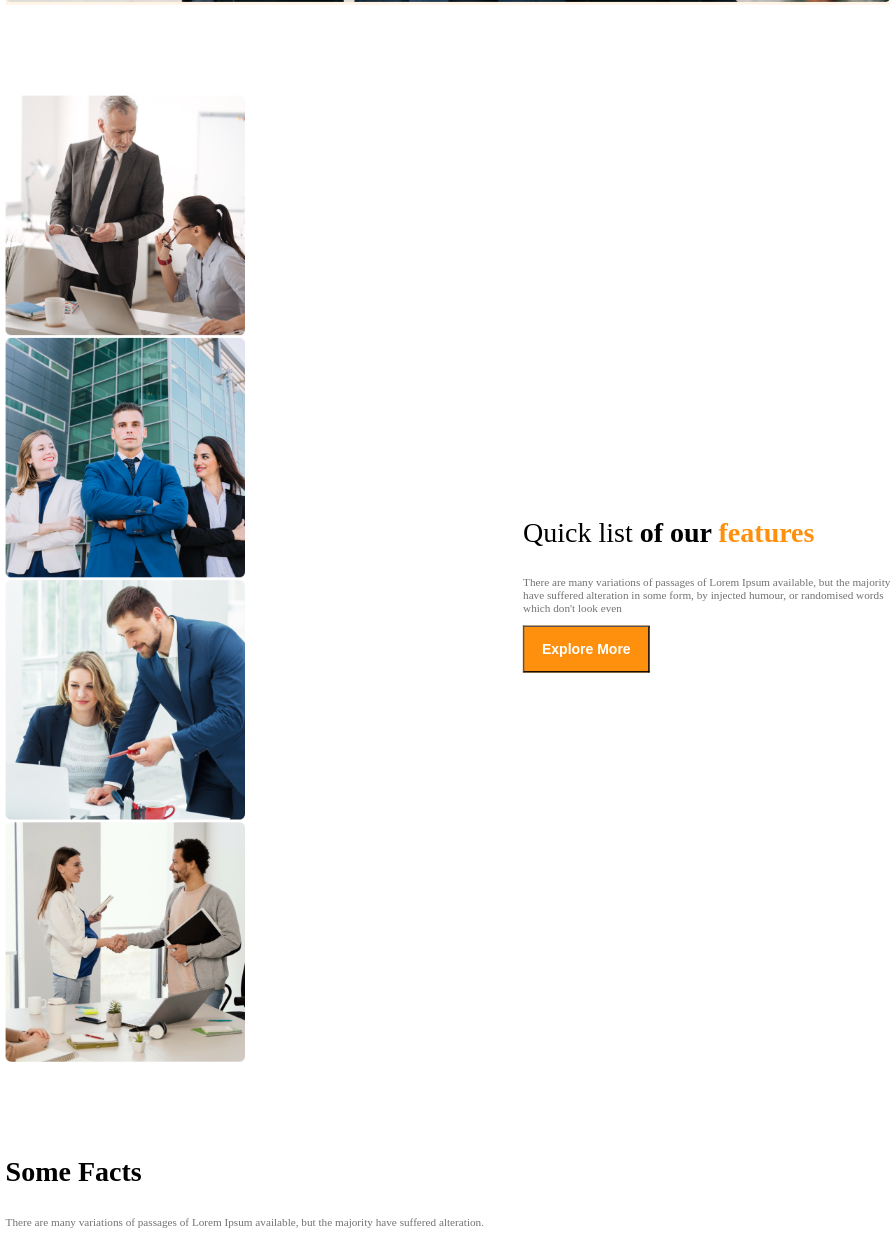
Repository: tanimtanzilislam/g3-architect-website
Page: index.html
These files come from the project's save history. The page is drawn as it stood at one moment and after the next save; the edit follows.
The browser window is 1280 px wide. The pictures show the part of the page from y = 1164 to 3084 px (the page is 2936 px tall before and 3084 px after), at 70% of full size.

Above is the page before, as saved 2026-02-06 18:12:37.

After the next save:
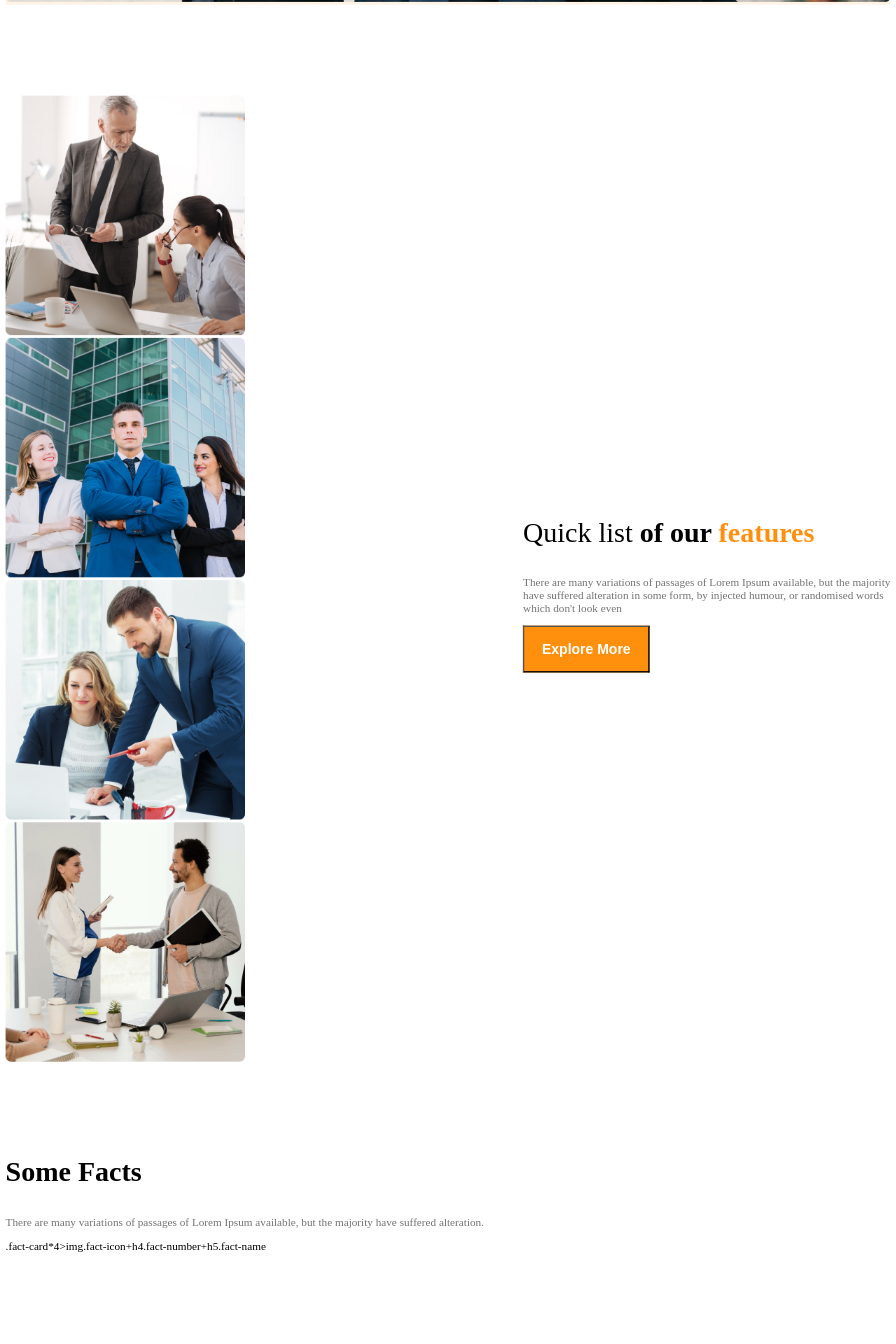
Saved 7 s later.
--- a/index.html
+++ b/index.html
@@ -65,7 +65,7 @@
 
             <div class="facts-container">
                 <!-- .fact-card*4>img.fact-icon+h4.fact-number+h5.fact-name -->
-                  <!-- .fact-card*4>img.fact-icon+h4.fact-number+h5.fact-name
+             .fact-card*4>img.fact-icon+h4.fact-number+h5.fact-name
 
             </div>
 
